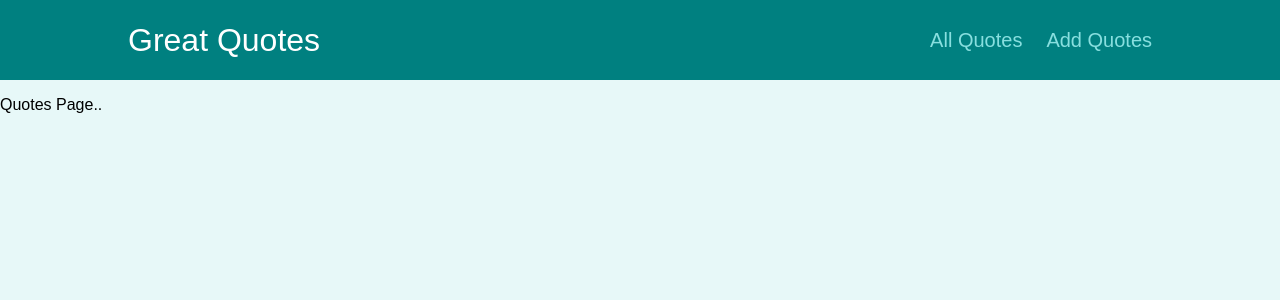
Repository: NamalPathirana/react-router-prac-two-demo
Page: /add-quotes
These files come from the project's save history. The page is drawn as it stood at one moment and after the next save; the edit follows.
The browser window is 1280 px wide. The pictures show the whole page.
The project was rebuilt for these pictures with package versions that can differ from the ones it lists, and the page was loaded fresh each time.

Above is the page before, as saved 2022-04-17 22:27:22.

After the next save:
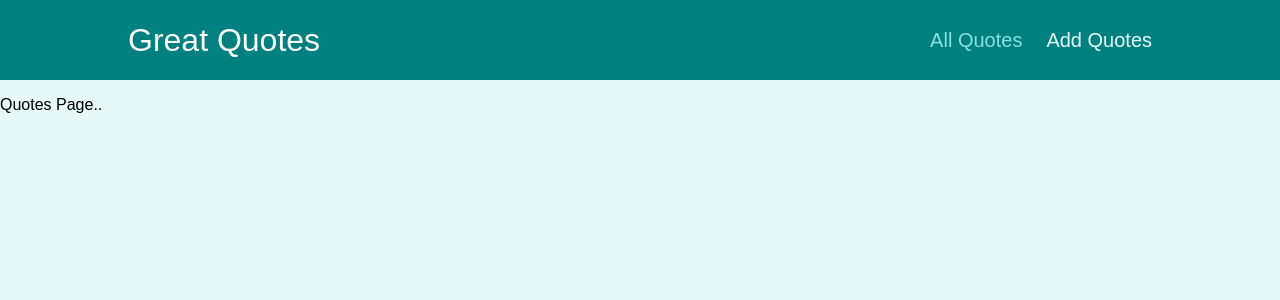
Saved 25 s later.
--- a/src/components/layout/Header.js
+++ b/src/components/layout/Header.js
@@ -8,10 +8,10 @@ const Header = () => {
       <nav className={classes.nav}>
         <ul>
           <li>
-            <NavLink to="/quotes">All Quotes</NavLink>
+            <NavLink activeClassName={classes.active} to="/quotes">All Quotes</NavLink>
           </li>
           <li>
-            <NavLink to="/add-quotes">Add Quotes</NavLink>
+            <NavLink activeClassName={classes.active} to="/add-quotes">Add Quotes</NavLink>
           </li>
         </ul>
       </nav>
